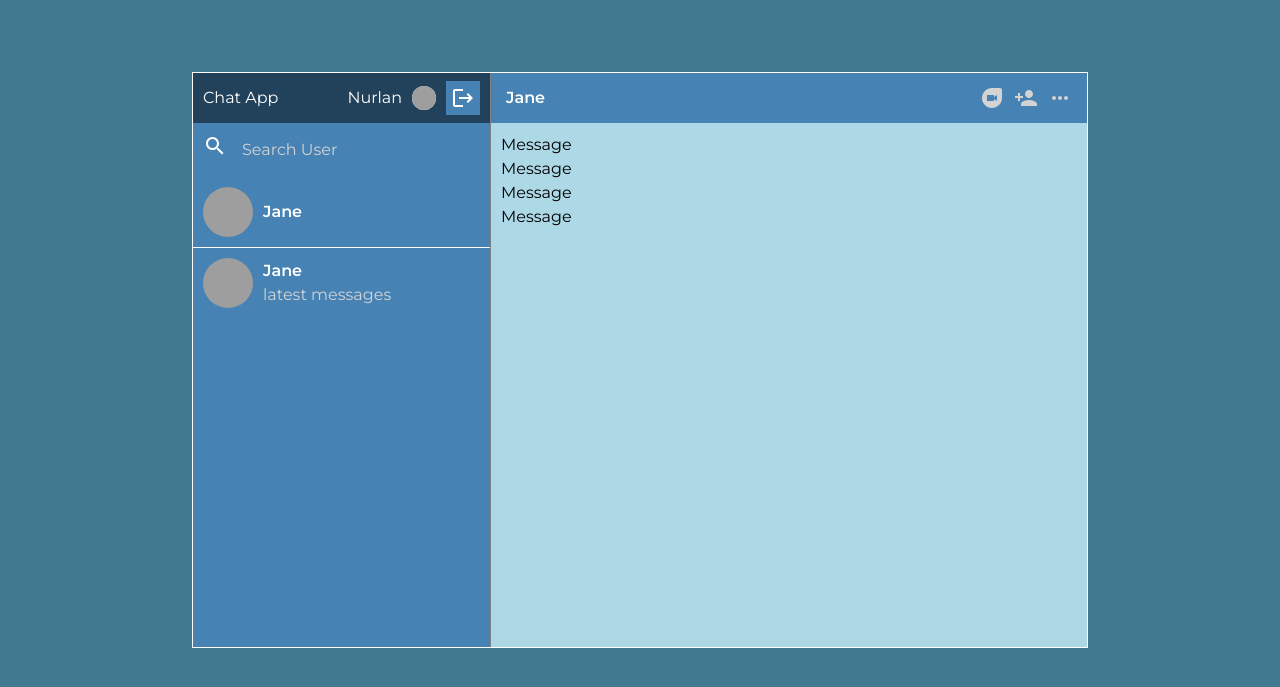
Repository: Nurlan-Bakenbaev/chat-app
Page: /
The author's editor kept a copy of each file at every save. The page is drawn from the files as they stood at one save, then again after a run of saves.
The browser window is 1280 px wide. The pictures show the whole page.
Pictures or frames that could not be fetched are drawn as grey boxes. The project was rebuilt for these pictures with package versions that can differ from the ones it lists, and the page was loaded fresh each time. Also part of the build but not shown: vite.config.js. Imported but missing from the stored project, and not drawn on this page: src/pages/Login.

Above is the page before, as saved 2023-08-19 18:32:13.

### index.html
<!doctype html>
<html lang="en">
  <head>
    <meta charset="UTF-8" />
    <link rel="preconnect" href="https://fonts.googleapis.com">
<link rel="preconnect" href="https://fonts.gstatic.com" crossorigin>
<link href="https://fonts.googleapis.com/css2?family=Montserrat:wght@400;600&display=swap" rel="stylesheet">
    <link rel="icon" type="image/svg+xml" href="/vite.svg" />
    <meta name="viewport" content="width=device-width, initial-scale=1.0" />
    <title>Chat App</title>
  </head>
  <body>
    <div id="root"></div>
    <script type="module" src="/src/main.jsx"></script>
  </body>
</html>

### src/App.jsx
import './style.scss'
import './App.css'
import Login from './pages/Login'
import Home from './pages/Home'

function App() {

  return (
    <div>
    <Home/>
    </div>
  )
}

export default App

### src/style.scss
.formContainer,
.home {
  background: rgb(65, 121, 144);
  height: 100vh;
  display: flex;
  align-items: center;
  justify-content: center;
  font-family: "Montserrat", sans-serif;

  .formWrapper {
    background-color: white;
    padding: 40px 70px;
    border-radius: 20px;
    display: flex;
    flex-direction: column;
    align-items: center;
    gap: 10px;
    .logo {
      font-size: 24px;
      color: steelblue;
      font-weight: bolder;
    }
    .title {
      font-size: 18px;
      color: steelblue;
      font-weight: bolder;
    }
    form {
      display: flex;
      flex-direction: column;
      gap: 15px;

      .fileSvg {
        font-size: 12px;
        color: rgb(103, 103, 103);
        display: flex;
        align-items: center;
        transition: scale 2s ease;
        gap: 5px;
        cursor: pointer;
      }
      .fileSvg:hover {
        transform: scale(1.02);
      }
      input {
        padding: 15px 60px;
        border: none;
        border-bottom: 1px solid pink;
        outline: none;

        &::placeholder {
          color: rgb(178, 178, 178);
        }
      }
      button {
        background-color: steelblue;
        color: white;
        padding: 10px;
        font-weight: bold;
        border: none;
        cursor: pointer;
      }
    }
    p {
      color: rgb(66, 82, 95);
      font-size: 14px;
      margin-top: 10px;
    }
  }
}

.home {
  .container {
    border: 1px solid white;
    width: 70%;
    height: 80%;
    display: grid;
    grid-template-columns: 1fr 2fr;
    overflow: hidden;

    .sidebar {
      flex: 1;
      border-right: 1px solid gray;
      background-color: steelblue;
      color: white;
      .navbar {
        display: flex;
        align-items: center;
        background-color: rgb(34, 66, 91);
        height: 50px;
        justify-content: space-between;
        padding: 10px;
        .logo {
          font-size: bold;
        }
        .user {
          display: flex;
          gap: 10px;
          align-items: center;
        }
        img {
          width: 24px;
          height: 24px;
          background-color: white;
          border-radius: 50%;
          object-fit: cover;
        }

        button {
          background-color: steelblue;
          color: white;
          font-size: 5px;
          border: none;
          cursor: pointer;
          padding: 5px;
          transition: scale 0.3s;
          &:hover {
            transform: scale(1.1);
          }
        }
      }
      .search {
        border-bottom: 1px solid white;
        .searchForm {
          display: flex;
          flex-direction: row;
          padding: 10px;
          input {
            padding: 10px;
            width: 100%;
            background-color: transparent;
            outline: none;
            padding: 5px;
            color: white;
            border-radius: 10px;
            border: none;

            &::placeholder {
              color: lightgray;
              padding-left: 10px;
            }
          }
        }
      }
      .userChat {
        padding: 10px;
        display: flex;
        align-items: center;
        gap: 10px;
        color: white;
        transition: background-color 0.2s ease-in;
        transition: scale 0.3s ease;

        &:hover {
          transform: scale(1.02);
          background-color: rgb(42, 80, 112);
        }
        img {
          width: 50px;
          height: 50px;
          border-radius: 50%;
          object-fit: cover;
        }
        .userChatInfo {
          span {
            font-style: 18px;
            font-weight: bolder;
          }
          p {
            font-style: 12px;
            color: lightgray;
          }
        }
      }
    }
    .chat {
      flex: 2;
      .chatInfo {
        background-color: steelblue;
        height: 50px;
        display: flex;
        align-items: center;
        justify-content: space-between;
        padding: 15px;
        color: white;

        span {
          font-weight: bold;
        }

        .chatIcons {
          display: flex;
          gap: 10px;
          color: white;
        }
        .chatIcons svg {
          color: rgb(211, 211, 211);
          cursor: pointer;
          transition: scale 0.2s ease-in;
          &:hover {
            transform: scale(1.2);
          }
        }
      }
      .messages {
        background-color: lightblue;
        padding: 10px;
        height: 100%;
      }
      .input {
        height: 50px;
        background-color: lightgrey;
      }
    }
  }
}

### src/pages/Home.jsx
import React from 'react'
import SideBar from '../components/SideBar'
import Chat from '../components/Chat'



const Home = () => {
  return (
    <div className='home'>
      <div className="container">
        <SideBar/>
        <Chat/>

      </div>
    </div>
  )
}

export default Home

### src/components/SideBar.jsx
import React from "react";
import Navbar from "./Navbar";
import Search from "./Search";
import Chats from "./Chats";




const SideBar = () => {
  return (
    <div className="sidebar">
      <Navbar />
      <Search/>
      <Chats/>
    </div>
  );
};

export default SideBar;

### src/components/Chat.jsx
import React from "react";
import DuoIcon from "@mui/icons-material/Duo";
import PersonAddIcon from "@mui/icons-material/PersonAdd";
import MoreHorizIcon from "@mui/icons-material/MoreHoriz";
import Messages from "./Messages";
import Input from "./Input";
const Chat = () => {
  return (
    <div className="chat">
      <div className="chatInfo">
        <span>Jane</span>
        <div className="chatIcons">
          <DuoIcon />
          <PersonAddIcon />
          <MoreHorizIcon />
        </div>
      </div>
      <Messages />
      <Input/>
    </div>
  );
};

export default Chat;

### src/components/Navbar.jsx
import React from "react";
import LogoutIcon from '@mui/icons-material/Logout';
const Navbar = () => {
  return (
    <div className="navbar">
      <span className="logo">Chat App</span>
      <div className="user">
        <span>Nurlan</span>
         <img src="https://images.pexels.com/photos/5197322/pexels-photo-5197322.jpeg?auto=compress&cs=tinysrgb&w=1260&h=750&dpr=2" alt="accaunt-photo" />
        <button><LogoutIcon/></button>
      </div>
    </div>
  );
};

export default Navbar;

### src/components/Search.jsx
import React from 'react'
import SearchIcon from '@mui/icons-material/Search';
const Search = () => {
  return (
    <div className='search'>
      <div className='searchForm'>
        <label htmlFor="search">  <SearchIcon/></label>
        <input type="text"id='search' placeholder='Search User' />
      </div>
      <div className='userChat'>
        <img src="https://images.pexels.com/photos/5971330/pexels-photo-5971330.jpeg?auto=compress&cs=tinysrgb&w=1260&h=750&dpr=2" alt="User-img" />
      <div className="userChatInfo">
        <span>Jane</span>
      </div>
      </div>
    </div>
  )
}

export default Search

### src/components/Chats.jsx
import React from 'react'

const Chats = () => {
  return (
    <div className='chats'>
     <div className='userChat'>
        <img src="https://images.pexels.com/photos/5971330/pexels-photo-5971330.jpeg?auto=compress&cs=tinysrgb&w=1260&h=750&dpr=2" alt="User-img" />
      <div className="userChatInfo">
        <span>Jane</span>
        <p>latest messages</p>
      </div>
      </div>
    </div>
  )
}

export default Chats

### src/components/Messages.jsx
import React from 'react'
import Message from './Message'
const Messages = () => {
  return (
    <div className='messages'>
      <Message/>
      <Message/>
      <Message/>
      <Message/>
    </div>
  )
}

export default Messages

### src/components/Input.jsx
import React from 'react'

const Input = () => {
  return (
    <div className='input'>Input</div>
  )
}

export default Input

Loaded but not shown: src/main.jsx (common file); src/index.css (common file); src/App.css (common file); src/components/Message.jsx (common file); tailwind.config.js (common file)

After the next 2 saves:
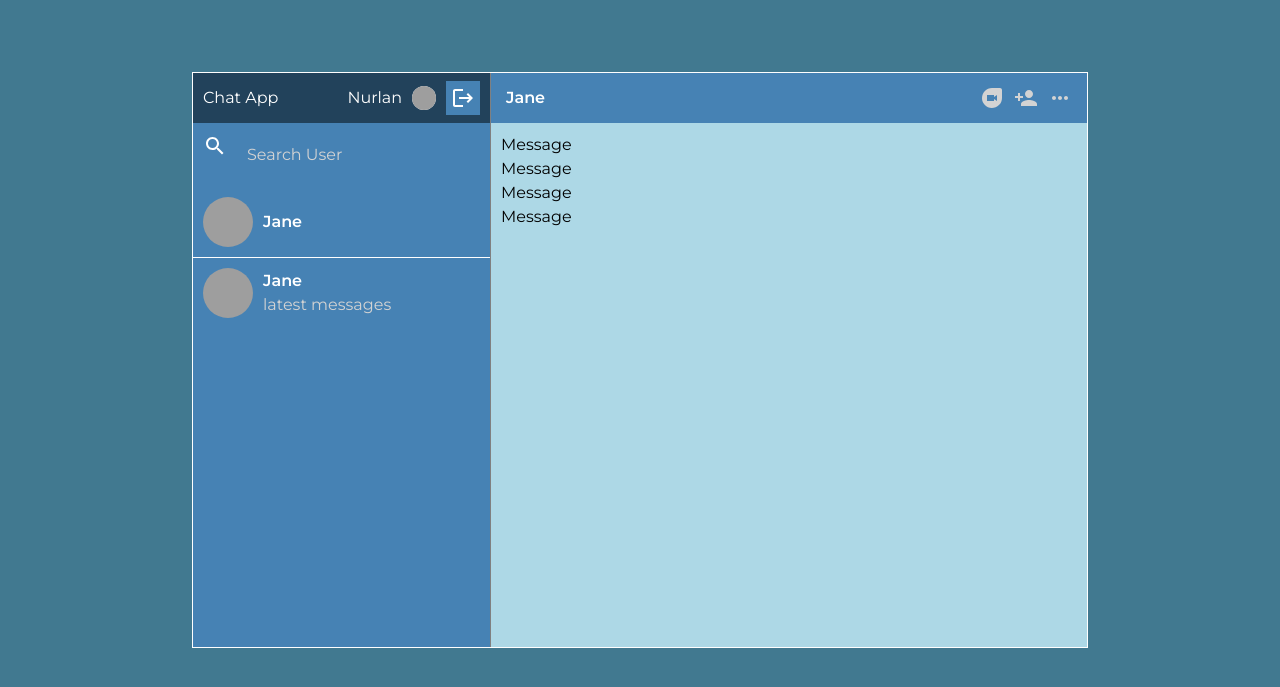
The 2 saves are shown as one change because they came seconds apart.
The last was saved 7 s later.
--- a/src/style.scss
+++ b/src/style.scss
@@ -126,11 +126,10 @@
           flex-direction: row;
           padding: 10px;
           input {
-            padding: 10px;
             width: 100%;
             background-color: transparent;
             outline: none;
-            padding: 5px;
+            padding: 10px;
             color: white;
             border-radius: 10px;
             border: none;
